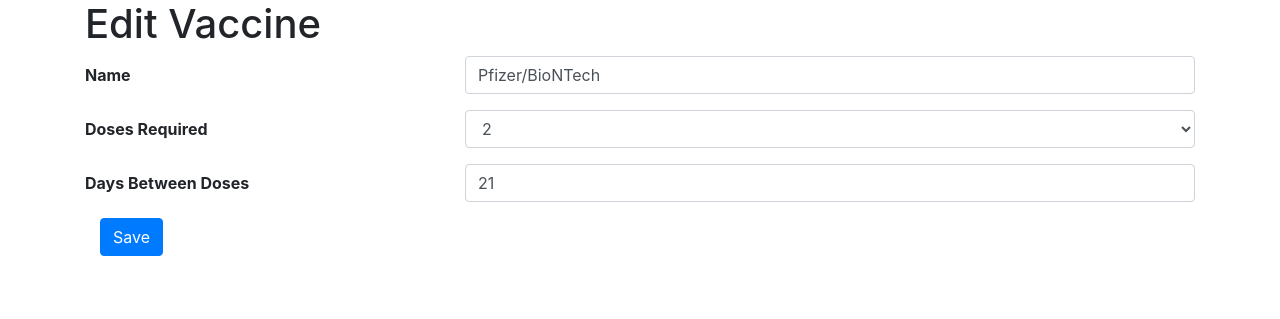
Repository: Thangtran1100/School-Stuff
Page: http://localhost/lab9/EditVaccine?id=1
These files come from the project's save history. The page is drawn as it stood at one moment and after the next save; the edit follows.
The browser window is 1280 px wide. The pictures show the whole page.
Some web libraries are served in a nearby version. The page is served by Tomcat 9.

Above is the page before, as saved 2023-03-27 22:05:43.

After the next save:
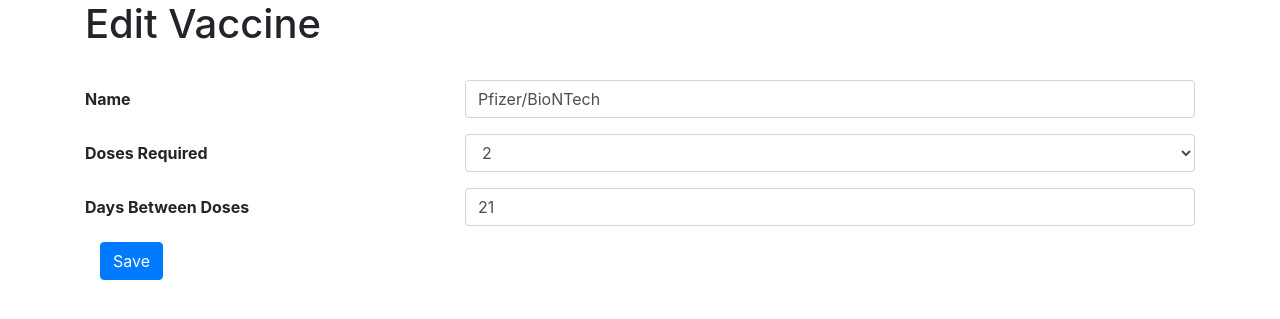
Saved 32 s later.
--- a/Spring 2023/CS3220/Assignments/3220-Lab9-App/lab9/src/main/webapp/EditVaccine.jsp
+++ b/Spring 2023/CS3220/Assignments/3220-Lab9-App/lab9/src/main/webapp/EditVaccine.jsp
@@ -11,7 +11,7 @@
 </head>
 <body>
     <div class="container">
-        <h1>Edit Vaccine</h1>
+        <h1>Edit Vaccine</h1><br>
         <form action="EditVaccine" method="post" class="form-horizontal">
             <input type="hidden" name="id" value="${vaccineEntry.id}">
 
@@ -53,8 +53,6 @@
             </div>
         </form>
     </div>
-    <!-- Bootstrap JS -->
-    <script src="https://ajax.googleapis.com/ajax/libs/jquery/3.2.1/jquery.min.js"></script>
-    <script src="https://maxcdn.bootstrapcdn.com/bootstrap/3.3.7/js/bootstrap.min.js"></script>
+
 </body>
 </html>
